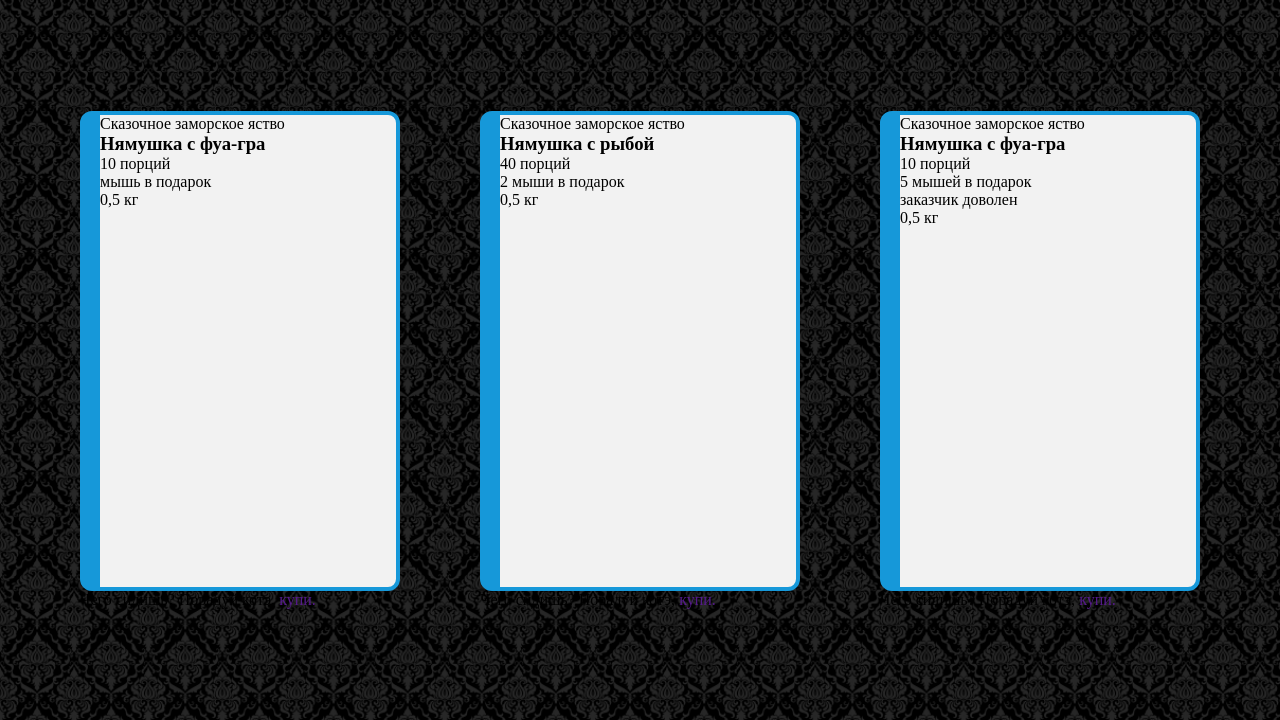
Repository: acbukka/tech-qt
Page: index.html
These files come from the project's save history. The page is drawn as it stood at one moment and after the next save; the edit follows.
The browser window is 1280 px wide. The pictures show the whole page.

Above is the page before, as saved 2022-06-17 15:40:55.

### index.html
<!DOCTYPE html>
<html lang="en">

<head>
  <meta charset="UTF-8">
  <meta http-equiv="X-UA-Compatible" content="IE=edge">
  <meta name="viewport" content="width=device-width, initial-scale=1.0">
  <title>Template</title>
  <link rel="stylesheet" href="./src/style.css">
</head>

<body class="body">

  <main class="main">
    <div class="container">
      <div class="cards-wrapper">

        <div class="card-inner">
          <div class="card-item">
            <p class="card-item__pre-title">
              Сказочное заморское яство
            </p>
            <h3 class="card-item__title">
              Нямушка
              <span class="card-item__title-span">
                с фуа-гра
              </span>
            </h3>
            <ul class="card-item__pref-list">
              <li class="card-item__pref">
                <span class="card-item__pref-span">10</span> порций
              </li>
              <li class="card-item__pref">
                <span class="card-item__pref-span"></span>мышь в подарок
              </li>
            </ul>
            <div class="card-item__price">0,5 кг</div>
          </div>
          <p class="card-inner__info">
            Чего сидишь? Порадуй котэ, <a href="" class="card-inner__info-link">купи.</a>
          </p>
        </div>

        <div class="card-inner">
          <div class="card-item">
            <p class="card-item__pre-title">
              Сказочное заморское яство
            </p>
            <h3 class="card-item__title">
              Нямушка
              <span class="card-item__title-span">
                с рыбой
              </span>
            </h3>
            <ul class="card-item__pref-list">
              <li class="card-item__pref">
                <span class="card-item__pref-span">40</span> порций
              </li>
              <li class="card-item__pref">
                <span class="card-item__pref-span">2</span> мыши в подарок
              </li>
            </ul>
            <div class="card-item__price">0,5 кг</div>
          </div>
          <p class="card-inner__info">
            Чего сидишь? Порадуй котэ, <a href="" class="card-inner__info-link">купи.</a>
          </p>
        </div>

        <div class="card-inner">
          <div class="card-item">
            <p class="card-item__pre-title">
              Сказочное заморское яство
            </p>
            <h3 class="card-item__title">
              Нямушка
              <span class="card-item__title-span">
                с фуа-гра
              </span>
            </h3>
            <ul class="card-item__pref-list">
              <li class="card-item__pref">
                <span class="card-item__pref-span">10</span> порций
              </li>
              <li class="card-item__pref">
                <span class="card-item__pref-span">5</span> мышей в подарок
              </li>
              <li class="card-item__pref">
                заказчик доволен
              </li>
            </ul>
            <div class="card-item__price">0,5 кг</div>
          </div>
          <p class="card-inner__info">
            Чего сидишь? Порадуй котэ, <a href="" class="card-inner__info-link">купи.</a>
          </p>
        </div>

      </div>
    </div>
  </main>

</body>

</html>

### src/style.css
html {
  -webkit-box-sizing: border-box;
  box-sizing: border-box;
  scroll-behavior: smooth;
}

*,
*::after,
*::before {
  -webkit-box-sizing: inherit;
  box-sizing: inherit;
  -webkit-tap-highlight-color: transparent;
}

ul[class],
ol[class] {
  padding: 0;
}

body,
h1,
h2,
h3,
h4,
h5,
h6,
p,
ul[class],
ol[class],
li,
figure,
figcaption,
blockquote,
dl,
dd {
  margin: 0;
}

ul[class] {
  list-style: none;
}

img {
  max-width: 100%;
  display: block;
}

input,
button,
textarea,
select {
  font: inherit;
}

a {
  text-decoration: none;
}

.body {
  background-image: url(../assets/Pattern.jpg);
  background-repeat: no-repeat;
  background-size: cover;
}

.main {
  height: 100vh;
  display: flex;
  align-items: center;
}

.container {
  margin-top: 50%;
  max-width: 1120px;
  margin: 0 auto;
}

.cards-wrapper {
  width: 1120px;
  display: flex;
  justify-content: space-between;
}

.card-item {
  width: 320px;
  height: 480px;
  background-color: #F2F2F2;
  border: 4px solid #1698D9;
  border-left: 20px solid #1698D9;
  border-radius: 12px;
}

.cards-wrapper
.card-inner + .card-inner {
  margin-left: 5rem;
}

After the next save:
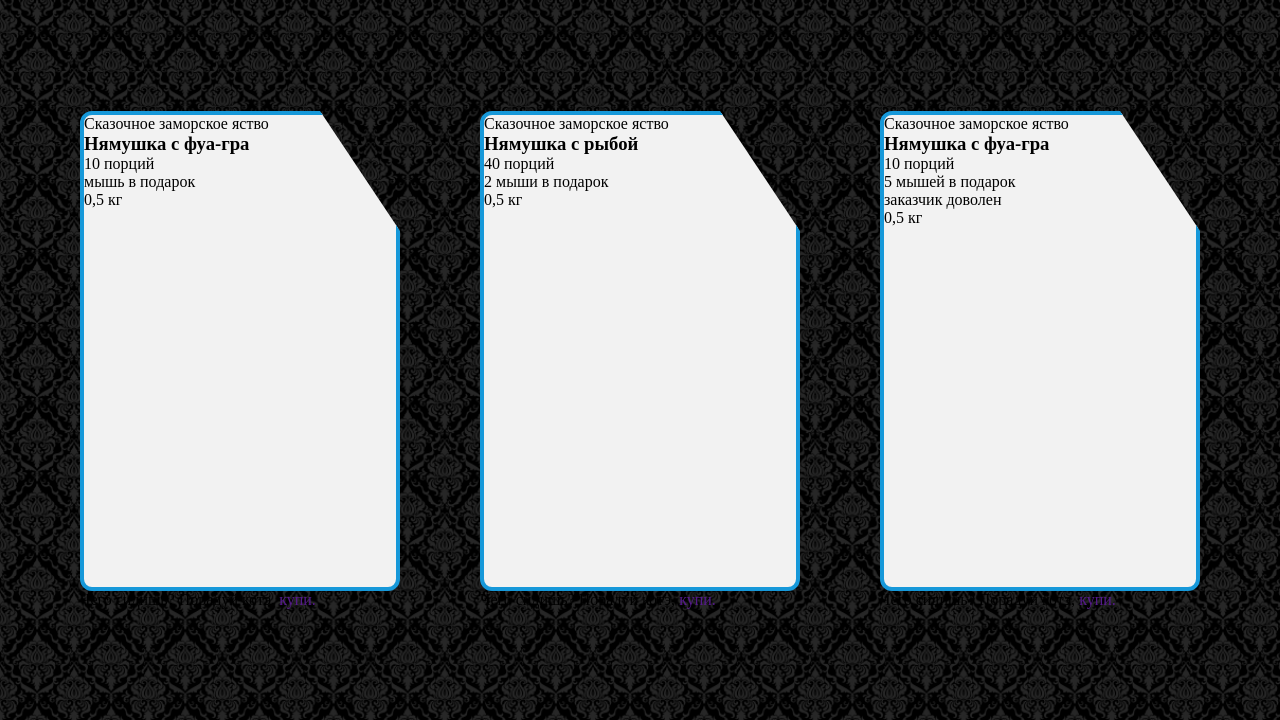
Saved 2 min 20 s later.
--- a/src/style.css
+++ b/src/style.css
@@ -85,8 +85,10 @@
   height: 480px;
   background-color: #F2F2F2;
   border: 4px solid #1698D9;
-  border-left: 20px solid #1698D9;
+  /* border-left: 20px solid #1698D9; */
   border-radius: 12px;
+  -webkit-clip-path: polygon(0 0, 0 100%, 100% 100%, 100% 25%, 75% 0);
+  clip-path: polygon(0 0, 0 100%, 100% 100%, 100% 25%, 75% 0);
 }
 
 .cards-wrapper
